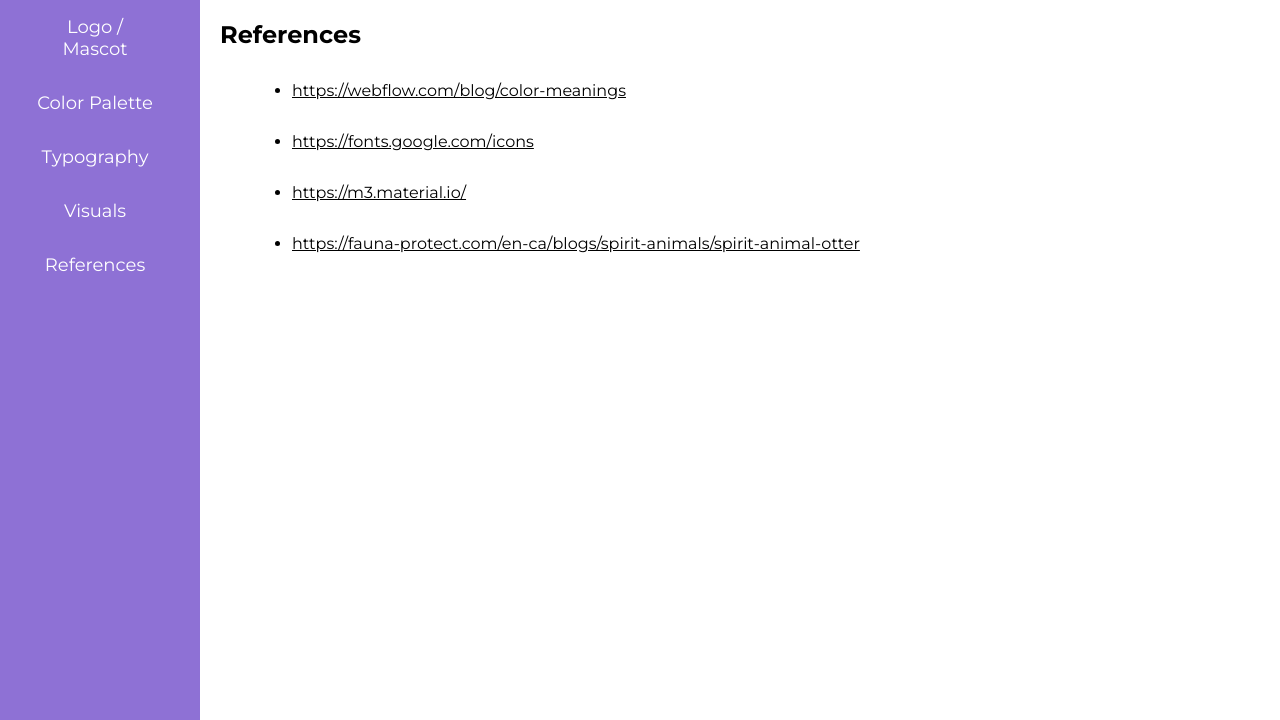
Repository: Irinalimm/PocketProfs-A5Styleguide
Page: pages/references.html
These files come from the project's save history. The page is drawn as it stood at one moment and after the next save; the edit follows.
The browser window is 1280 px wide. The pictures show the whole page.
Some web libraries are served in a nearby version.

Above is the page before, as saved 2024-04-10 22:41:05.

### pages/references.html
<!DOCTYPE html>
<html lang="en">
<head>
  <meta charset="UTF-8">
  <meta name="viewport" content="width=device-width, initial-scale=1.0">
  <link rel="icon" type="image/x-icon" href="/img/OSCAR-THE-OTTER_LOGO-FAVICON-48x48.ico">
  <link rel="stylesheet" href="/css/references.css">
  <link rel="preconnect" href="https://fonts.googleapis.com">
  <link rel="preconnect" href="https://fonts.gstatic.com" crossorigin>
  <link href="https://fonts.googleapis.com/css2?family=Montserrat:ital,wght@0,100..900;1,100..900&display=swap" rel="stylesheet">
  <title>References</title>
</head>
<body>
  <div class="sidenav button-effect">
    <div class="link-container">
      <a class="effect effect-4" href="home.html">Logo / Mascot</a>
      <a class="effect effect-4" href="colour.html">Color Palette</a>
      <a class="effect effect-4" href="typography.html">Typography</a>
      <a class="effect effect-4" href="visuals.html">Visuals</a>
      <a class="effect effect-4" href="references.html">References</a>
    </div>

  </div>

  <div class="content">
    <h2>References</h2>
    <div class="outer-container">
      <ul>
        <li><a href="https://webflow.com/blog/color-meanings">https://webflow.com/blog/color-meanings</a></li>
        <li><a href="https://fonts.google.com/icons">https://fonts.google.com/icons</li>
          <li><a href="https://m3.material.io/">https://m3.material.io/</a></li>
          <li><a href="https://fauna-protect.com/en-ca/blogs/spirit-animals/spirit-animal-otter">https://fauna-protect.com/en-ca/blogs/spirit-animals/spirit-animal-otter</a></li>
      </ul>

    </div>
  </div>

  <footer></footer>
  <script src="https://kit.fontawesome.com/d1051c85c7.js" crossorigin="anonymous"></script>
</body>
</html>

### css/references.css
* {
    box-sizing: border-box;
  }

  body {
    margin: 0;
    font-family: "Montserrat", sans-serif;
  }
  a{
    color: black;
  }

  a:link, a:visited{
    text-decoration: underline;
  }

  li{
    margin: 2rem;
  }

  h3{
    border-left: 5px solid #f9df74;
    margin: 0, 1.5rem;
  }

  /* Style the side navigation */
  .sidenav {
    height: 100%;
    width: 200px;
    position: fixed;
    z-index: 1;
    top: 0;
    left: 0;
    background-color: rgb(142,113,213);
    overflow-x: hidden;
    animation: 1s ease-out 0s 1 slideInFromLeft;
  }


  /* Side navigation links */
  .sidenav a {
    color: white;
    padding: 16px;
    text-decoration: none;
    display: block;
    margin-left: 20px;
  }

  /* Change color on hover */
  .sidenav a:hover {
    background-color: rgb(180,158,244);
    color: black;
  }

  /* Style the content */
  .content {
    margin-left: 200px;
    padding-left: 20px;
    animation: 1s ease-out 0s 1 slideInFromLeft;
  }

  .effect {
    text-align: center;
    display: inline-block;
    position: relative;
    text-decoration: none;
    color: orange;
    text-transform: capitalize;
    /* background-color: - add your own background-color */
    font-family: 'Montserrat', sans-serif; /* put your font-family */
    font-size: 18px;
    padding: 20px 0px;
    width: 150px;
    border-radius: 10px;
    overflow: hidden;
  }

  .effect.effect-4 {
    transition: all 0.5s linear 0s;
    animation: fadeIn 2s ;
  }

  .effect.effect-4:before {
    content: "\f178";
    font-family: FontAwesome;
    display: flex;
    align-items: center;
    justify-content: center;
    position: absolute;
    top: 0;
    left: 0px;
    width: 100%;
    height: 100%;
    text-align: center;
    font-size: 30px;
    transform: scale(0,3);
    transition: all 0.1s linear 0s;
  }

  .effect.effect-4:hover {
    text-indent: -9999px;
  }

  .effect.effect-4:hover:before {
    transform: scale(1,1);
    text-indent: 0;
  }


  @keyframes fadeIn {
    from {
      opacity: 0;
    }
    to {
      opacity: 1;
    }
  }

  @keyframes slideInFromLeft {
    0% {
      transform: translateX(-100%);
    }
    100% {
      transform: translateX(0);
    }
  }

After the next save:
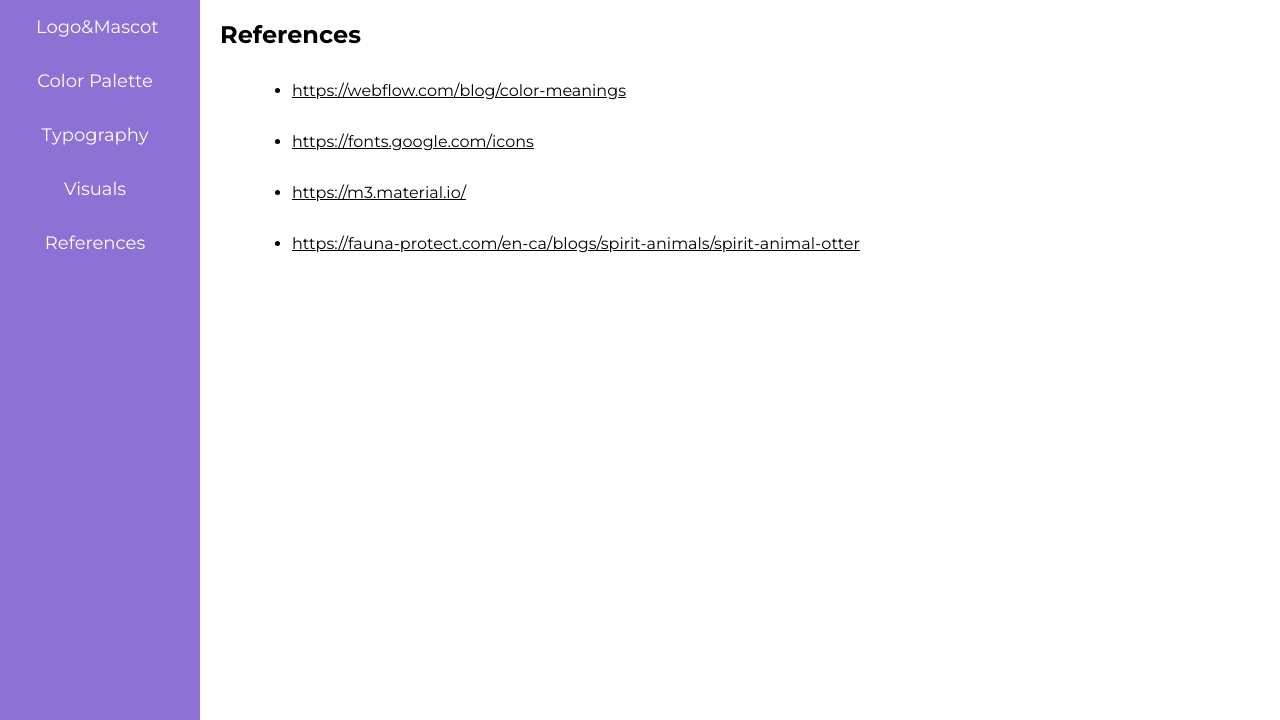
Saved 53 s later.
--- a/pages/references.html
+++ b/pages/references.html
@@ -13,7 +13,7 @@
 <body>
   <div class="sidenav button-effect">
     <div class="link-container">
-      <a class="effect effect-4" href="home.html">Logo / Mascot</a>
+      <a class="effect effect-4" href="home.html">Logo&Mascot</a>
       <a class="effect effect-4" href="colour.html">Color Palette</a>
       <a class="effect effect-4" href="typography.html">Typography</a>
       <a class="effect effect-4" href="visuals.html">Visuals</a>
